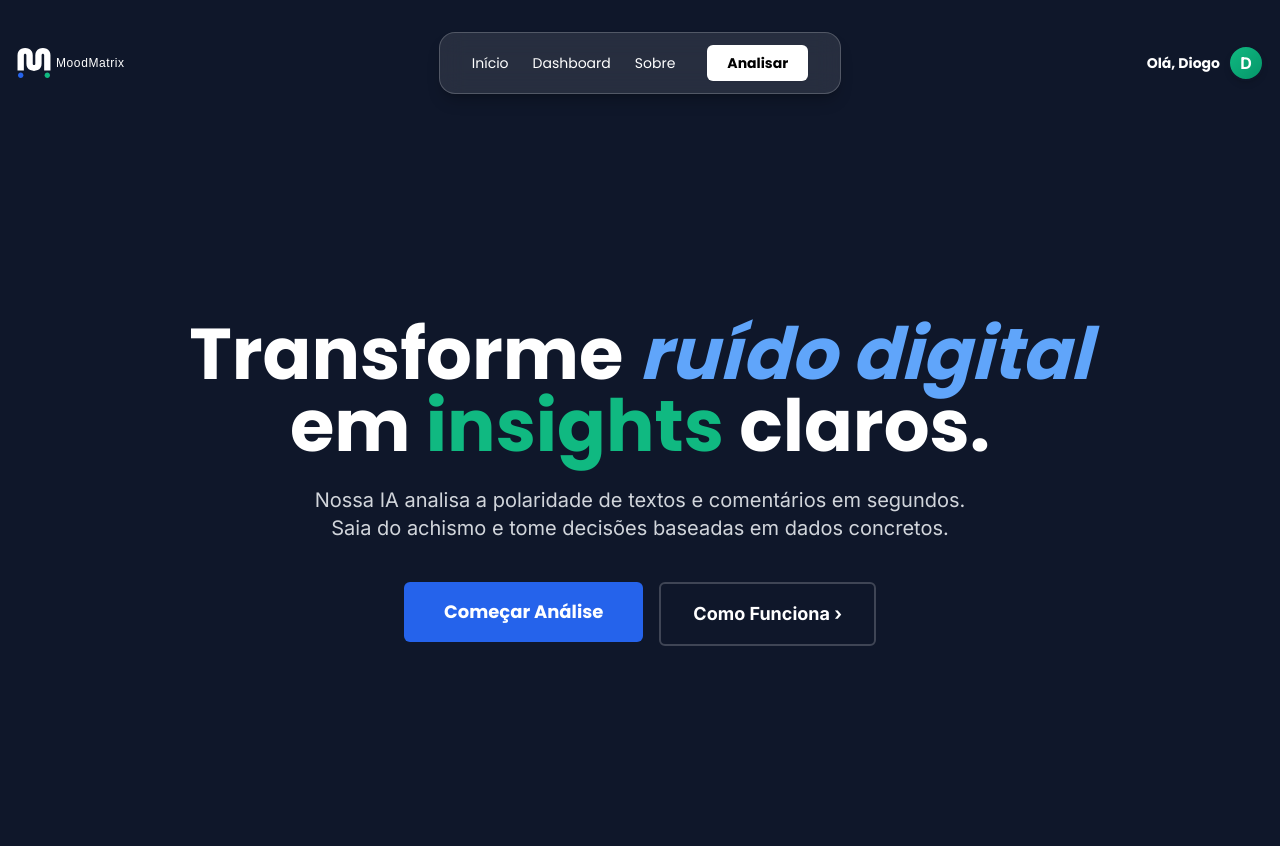
Repository: Hackaton-ONE/hackathon-Frontend
Page: /
These files come from the project's save history. The page is drawn as it stood at one moment and after the next save; the edit follows.
The browser window is 1280 px wide. The pictures show the whole page.
Some web fonts or font styles are not loaded; a fallback is used. The project was rebuilt for these pictures with package versions that can differ from the ones it lists, and the page was loaded fresh each time. The framework's server and built-in components were replaced by stand-ins that run in the browser. Also part of the build but not shown: next.config.ts.

Above is the page before, as saved 2026-01-02 10:09:04.

### app/layout.tsx
import type { Metadata } from "next";
import { Inter, Poppins, MuseoModerno } from "next/font/google"; // 1. Importar Poppins
import "./globals.css";
import { Navbar } from "@/components/Navbar";

// 2. Configurar Inter
const inter = Inter({
  subsets: ["latin"],
  variable: "--font-inter",
});

// 3. Configurar Poppins (Pesos comuns: 400, 600, 700)
const poppins = Poppins({
  weight: ['400', '600', '700'],
  subsets: ["latin"],
  variable: "--font-poppins",
});

const museo = MuseoModerno({
  subsets: ["latin"],
  variable: "--font-museo",
  display: "swap",
});

export const metadata: Metadata = {
  title: "MoodMatrix",
  description: "Análise de sentimentos com IA",
};

export default function RootLayout({
  children,
}: Readonly<{

  children: React.ReactNode;
}>) {
  return (
    <html lang="pt-br">
      {/* 4. Adicionar ambas as variáveis no body */}
      <body className={`${inter.variable} ${poppins.variable} ${museo.variable} bg-mood-dark text-white font-sans antialiased`}>
        <Navbar />
        {children}
      </body>
    </html>
  );
}

### app/page.tsx
import { HeroSection } from "../components/HeroSection";

export default function Home() {
  return (
    <main className="min-h-screen bg-mood-dark text-white selection:bg-neon-green selection:text-mood-dark">
      {/* A Navbar já está no layout.tsx, então não precisa repetir aqui se já colocou lá */}

      <HeroSection />

      {/* Aqui virão as próximas seções (Tech Stack, Benefícios, etc.) */}

    </main>
  );
}

### app/globals.css
@tailwind base;
@tailwind components;
@tailwind utilities;

/* Define o fundo padrão do site inteiro e a cor do texto */
body {
  background-color: #0F172A; /* mood.dark */
  color: #ffffff;
  min-height: 100vh;
}

/* Utilitário para o efeito de Vidro (Glassmorphism) */
.glass {
  background: rgba(30, 41, 59, 0.4); /* mood.gray com transparência */
  backdrop-filter: blur(12px);
  -webkit-backdrop-filter: blur(12px);
  border: 1px solid rgba(255, 255, 255, 0.1);
}

/* === PERSONALIZAÇÃO DA BARRA DE ROLAGEM === */

/* 1. Define a largura da barra */
::-webkit-scrollbar {
  width: 8px;
  height: 8px;
}

/* 2. Remove o fundo (Track) */
::-webkit-scrollbar-track {
  background: transparent;
}

/* 3. Cor da barra (Thumb)*/
::-webkit-scrollbar-thumb {
  background-color: #2563EB;
  border-radius: 9999px;
}

/* 4. Efeito ao passar o mouse */
::-webkit-scrollbar-thumb:hover {
  background-color: #60A5FA; /* blue-light */
}

/* 5. Remove as setas (Buttons) */
::-webkit-scrollbar-button {
  display: none;
}

### components/Navbar.tsx
"use client";

import Link from "next/link";
import { useState } from "react";
import { Menu, X } from "lucide-react";
import Image from "next/image";

// Componente NavLink (Link com sublinhado azul)
const NavLink = ({ href, children }: { href: string; children: React.ReactNode }) => (
  <Link
    href={href}
    className="relative group text-white transition-colors font-medium text-sm"
  >
    {children}
    <span className="absolute -bottom-1 left-0 w-0 h-[2px] bg-blue-default transition-all duration-300 ease-out group-hover:w-full" />
  </Link>
);

export function Navbar() {
  const [isOpen, setIsOpen] = useState(false);

  return (
    // Container Principal
    <div className="relative top-0 left-0 w-full z-50 px-4 py-8">

      <div className="max-w-[1600px] mx-auto flex justify-between items-center lg:grid lg:grid-cols-3">

        {/* =======================
            1. LOGO (Coluna 1 - Alinhado à Esquerda)
           ======================= */}
        <div className="flex justify-start">
          <Link href="/" className="flex items-center gap-1 z-50 group">
            <div className="relative w-8 h-8 lg:w-9 lg:h-9 flex items-center justify-center">
              <Image
                src="/logo.svg"
                alt="Logo MoodMatrix"
                fill
                className="object-contain"
              />
            </div>

            <span className="text-white font-medium text-xs font-museo tracking-wider">
              Mood<span>Matrix</span>
            </span>
          </Link>
        </div>

        {/* =======================
            2. PÍLULA CENTRAL (Coluna 2)
            MUDANÇA: 'hidden lg:flex'
            (Escondido em Tablet/Mobile, Flex em Notebook+)
           ======================= */}
        <div className="hidden lg:flex justify-center">
          <nav className="flex items-center gap-8 pl-8 pr-8 py-3 rounded-2xl bg-white/10 backdrop-blur-md border border-white/20 shadow-lg shadow-black/20">
            {/* Links */}
            <div className="flex items-center gap-6 font-poppins font-bold">
              <NavLink href="/">Início</NavLink>
              <NavLink href="/dashboard">Dashboard</NavLink>
              <NavLink href="#sobre">Sobre</NavLink>
            </div>

            {/* Botão Analisar */}
            <Link href="/analisar">
              <button className="bg-white hover:bg-neon-orange text-black font-poppins font-bold text-sm px-5 py-2 rounded-md transition-all duration-200 shadow-sm hover:shadow-md">
                Analisar
              </button>
            </Link>
          </nav>
        </div>

        {/* =======================
            3. AVATAR / MENU (Coluna 3 - Alinhado à Direita)
           ======================= */}
        <div className="flex justify-end items-center gap-4 z-50">

          {/* Avatar (Desktop) */}
          <div className="hidden lg:flex items-center gap-2 pl-4">
            <div className="text-right hidden lg:block">
              <p className="font-poppins text-sm font-bold text-white">Olá, Diogo</p>
            </div>
            <div className="w-9 h-9 rounded-full bg-gradient-to-br from-neon-green to-emerald-600 flex items-center justify-center text-white font-bold border-2 border-mood-dark shadow-md">
              D
            </div>
          </div>

          {/* Botão Hambúrguer (Mobile) */}
          <button
            onClick={() => setIsOpen(!isOpen)}
            className="lg:hidden text-white hover:text-neon-blue transition p-1"
          >
            {isOpen ? <X size={28} /> : <Menu size={28} />}
          </button>
        </div>

      </div>

      {/* =======================
          4. MENU MOBILE DROPDOWN
         ======================= */}
      {isOpen && (
        <div className="lg:hidden absolute top-24 left-4 right-4 z-40 bg-mood-dark/95 backdrop-blur-xl border border-white/10 rounded-2xl p-4 shadow-2xl animate-in fade-in slide-in-from-top-5">

          <div className="flex flex-col space-y-1">
            <Link href="/" onClick={() => setIsOpen(false)} className="block px-4 py-3 text-white/90 hover:text-white hover:bg-blue-default rounded-lg transition-colors text-sm font-medium">
              Início
            </Link>
            <Link href="/dashboard" onClick={() => setIsOpen(false)} className="block px-4 py-3 text-white/90 hover:text-white hover:bg-blue-default rounded-lg transition-colors text-sm font-medium">
              Dashboard
            </Link>
            <Link href="#sobre" onClick={() => setIsOpen(false)} className="block px-4 py-3 text-white/90 hover:text-white hover:bg-blue-default rounded-lg transition-colors text-sm font-medium">
              Sobre
            </Link>
          </div>

          <div className="my-3 border-t border-white/10" />

          <Link href="/analisar" onClick={() => setIsOpen(false)}>
            <button className="w-full bg-white hover:bg-neon-orange text-black border border-white/20 font-poppins font-bold text-sm py-3 rounded-lg transition-all duration-200">
              Analisar
            </button>
          </Link>

          <div className="mt-4 pt-4 border-t border-white/10 flex items-center gap-3">
            <div className="w-8 h-8 rounded-full bg-gradient-to-br from-neon-green to-emerald-600 flex items-center justify-center text-white font-bold text-xs">
              D
            </div>
            <div>
              <p className="text-sm font-bold text-white">Diogo</p>
              <p className="text-xs text-gray-400">diogo@exemplo.com</p>
            </div>
          </div>

        </div>
      )}
    </div>
  );
}

### components/HeroSection.tsx
import Link from "next/link";
import { Button } from "./Button"; // Importando seu botão personalizado

export function HeroSection() {
  return (
    <section className="relative pt-32 lg:pt-48 pb-20 px-4 overflow-hidden">

      {/* =========================================
          ELEMENTOS DECORATIVOS DE FUNDO (GLOWS)
          ========================================= */}

{/* 1. ELIPSE MAIOR (Direita/Topo)
          x: 946.5, y: -78.06 -> right-0 top-[-78px] (Ajustado para responsivo)
          w: 743.5, h: 817.56 -> w-[743px] h-[817px]
          fill: 60A5FA 30% -> bg-blue-light/30
          blur: 160 -> blur-[160px]
      */}
      <div
        className="
          absolute
          top-[-78px]
          right-[-100px] lg:right-[-50px] /* Ajuste fino para telas diferentes */
          w-[743px]
          h-[817px]
          bg-blue-light/30
          blur-[160px]
          rounded-full
          -z-10
          pointer-events-none
        "
      />

      {/* 2. ELIPSE MENOR (Esquerda/Baixo)
          x: -90, y: 546 -> left-[-90px] top-[546px]
          w: 282, h: 343 -> w-[282px] h-[343px]
          fill: 60A5FA 30% -> bg-blue-light/30
          blur: 160 -> blur-[160px]
      */}
      <div
        className="
          absolute
          top-[546px]
          left-[-90px]
          w-[282px]
          h-[343px]
          bg-blue-light/30
          blur-[160px]
          rounded-full
          -z-10
          pointer-events-none
        "
      />


      {/* =========================================
          CONTEÚDO PRINCIPAL
          ========================================= */}
      <div className="max-w-5xl mx-auto text-center flex flex-col items-center">

        {/* TÍTULO */}
        <h1 className="font-poppins font-bold text-4xl md:text-6xl lg:text-7xl leading-tight text-white mb-6">
          Transforme <span className="italic text-blue-light">ruído digital</span> <br className="hidden md:block" />
          em <span className="text-neon-green">insights</span> claros.
        </h1>

        {/* SUBTÍTULO */}
        <p className="text-gray-300 text-base md:text-xl mb-10 max-w-2xl leading-relaxed">
          Nossa IA analisa a polaridade de textos e comentários em segundos.
          Saia do achismo e tome decisões baseadas em dados concretos.
        </p>

        {/* BOTÕES DE AÇÃO (CTA) */}
        <div className="flex flex-col sm:flex-row gap-4 w-full sm:w-auto">
          <Link href="/analisar">
            <Button variant="primary" className="w-full sm:w-auto text-lg px-8 lg:px-10 py-4 bg-blue-default hover:bg-neon-green font-poppins">
              Começar Análise
            </Button>
          </Link>

          <Link href="#como-funciona">
            <Button variant="outline" className="w-full sm:w-auto text-lg px-8 py-4">
              Como Funciona ›
            </Button>
          </Link>
        </div>

      </div>
    </section>
  );
}

### components/Button.tsx
import React from "react";

interface ButtonProps extends React.ButtonHTMLAttributes<HTMLButtonElement> {
  variant?: "primary" | "outline" | "ghost";
  children: React.ReactNode;
}

export function Button({ variant = "primary", className = "", children, ...props }: ButtonProps) {

  const baseStyles = "px-6 py-3 rounded-md font-bold transition-all duration-200 flex items-center justify-center gap-2 active:scale-[0.98]";

  const variants = {
    primary: "text-white active:translate-y-1",

    // Outline (Borda simples)
    outline: "bg-transparent border-2 border-white/20 text-white hover:bg-white/5 hover:border-white/40",

    // Ghost (Transparente)
    ghost:   "bg-transparent text-gray-400 hover:text-white hover:bg-white/5",
  };

  return (
    <button
      className={`${baseStyles} ${variants[variant]} ${className}`}
      {...props}
    >
      {children}
    </button>
  );
}

### tailwind.config.ts
/** @type {import('tailwindcss').Config} */
const config = {
  // Configuração de onde o Tailwind procura as classes
  content: [
    "./app/**/*.{js,ts,jsx,tsx,mdx}",
    "./pages/**/*.{js,ts,jsx,tsx,mdx}",
    "./components/**/*.{js,ts,jsx,tsx,mdx}",
    "./src/app/**/*.{js,ts,jsx,tsx,mdx}",
    "./src/pages/**/*.{js,ts,jsx,tsx,mdx}",
    "./src/components/**/*.{js,ts,jsx,tsx,mdx}",
  ],
  theme: {
    extend: {
      colors: {
        white: "#FFFFFF",
        mood: {
          dark: "#0F172A", // Fundo Azul Escuro
          nav: "#FFFFFF",  // Base para Navbar
        },
        blue: {
          light: "#60A5FA",   // Azul Claro
          default: "#2563EB", // Azul Padrão
          dark: "#1E3A8A",    // Azul Escuro
        },
        neon: {
          green: "#10B981",
          red: "#B91C1C",
          orange: "#F59E0B",
        },
      },
      fontFamily: {
        sans: ['var(--font-inter)', 'sans-serif'],
        poppins: ['var(--font-poppins)', 'sans-serif'],
        museo: ['var(--font-museo)', 'sans-serif'],
      },
      backgroundImage: {
        // Gradientes de Seta e Barra de Progresso
        'gradient-pos': 'linear-gradient(to right, #2563EB, #10B981)',
        'gradient-neg': 'linear-gradient(to right, #B91C1C, #F59E0B)',

        // Gradientes Sutis para os Cards (Glassmorphism)
        'card-blue': 'linear-gradient(180deg, rgba(255, 255, 255, 0) 0%, rgba(96, 165, 250, 0.05) 100%)',
        'card-green': 'linear-gradient(180deg, rgba(255, 255, 255, 0) 0%, rgba(16, 185, 129, 0.05) 100%)',
        'card-red': 'linear-gradient(180deg, rgba(255, 255, 255, 0) 0%, rgba(185, 28, 28, 0.05) 100%)',
        'card-orange': 'linear-gradient(180deg, rgba(255, 255, 255, 0) 0%, rgba(245, 158, 11, 0.05) 100%)', // NOVO
      }
    },
  },
  plugins: [],
};

export default config;

After the next save:
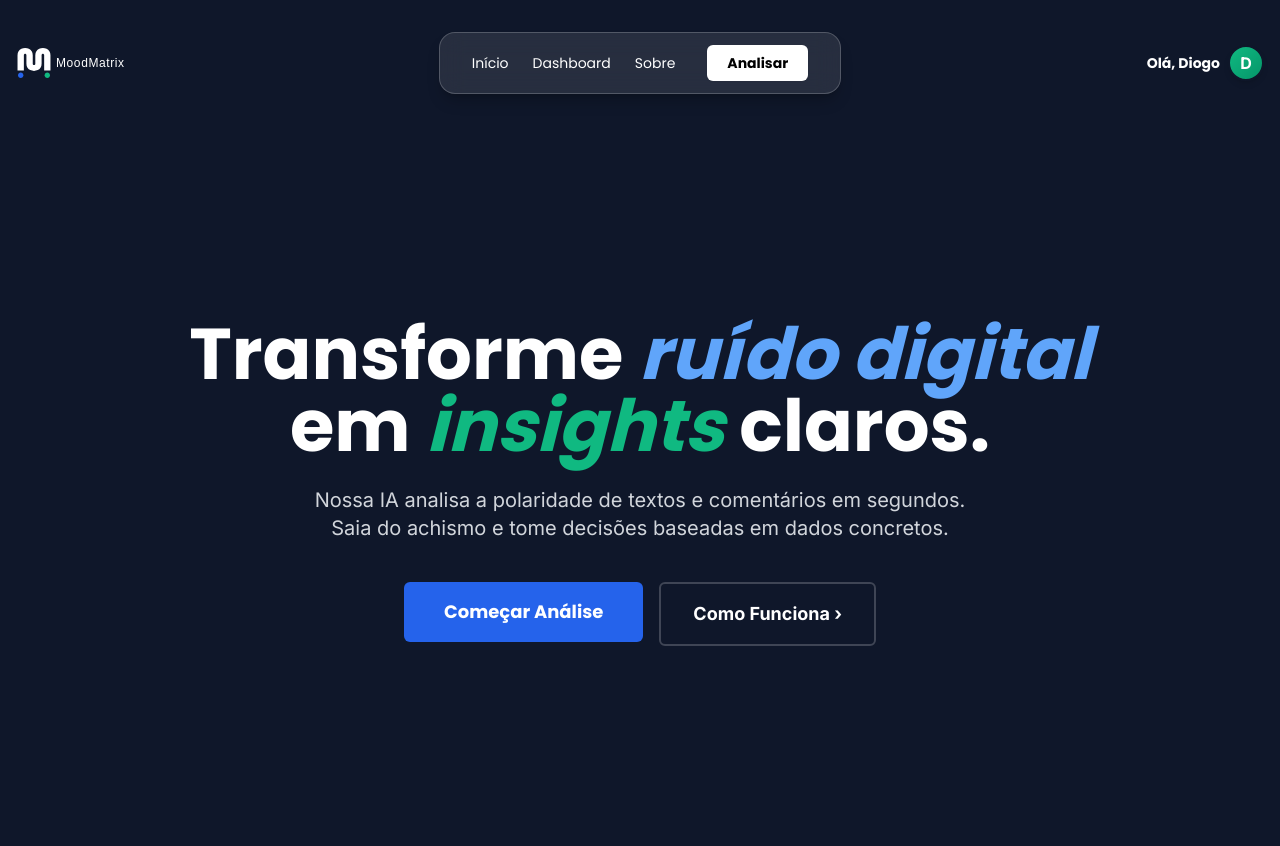
Saved 95 s later.
--- a/components/HeroSection.tsx
+++ b/components/HeroSection.tsx
@@ -60,7 +60,7 @@ export function HeroSection() {
         {/* TÍTULO */}
         <h1 className="font-poppins font-bold text-4xl md:text-6xl lg:text-7xl leading-tight text-white mb-6">
           Transforme <span className="italic text-blue-light">ruído digital</span> <br className="hidden md:block" />
-          em <span className="text-neon-green">insights</span> claros.
+          em <span className="italic text-neon-green">insights</span> claros.
         </h1>
 
         {/* SUBTÍTULO */}
